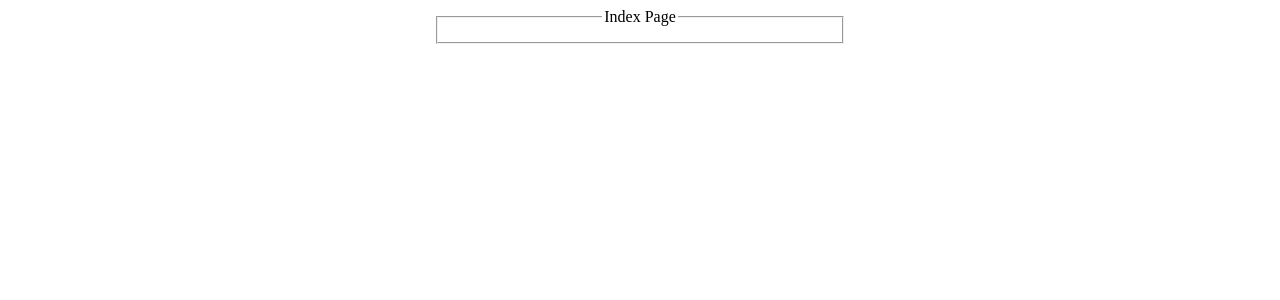
Repository: chloe-codes1/Django
Page: live/django_intro/pages/templates/index.html
The author's editor kept a record of every edit. The page is drawn from the files as they stood at one moment, then again after the next edit.
The browser window is 1280 px wide. The pictures show the whole page.

Above is the page before.

### live/django_intro/pages/templates/index.html
<!DOCTYPE html>
<html lang="en">
<head>
    <meta charset="UTF-8">
    <meta name="viewport" content="width=device-width, initial-scale=1.0">
    <meta http-equiv="X-UA-Compatible" content="ie=edge">
    <title>Index</title>
    <style>
        fieldset {
            margin: 0 auto;
            text-align: center;
            width: 30%;
        }
    </style>
</head>
<body>
    <fieldset>
        <legend>Index Page</legend>
    </field>
</body>
</html>

After the next edit:
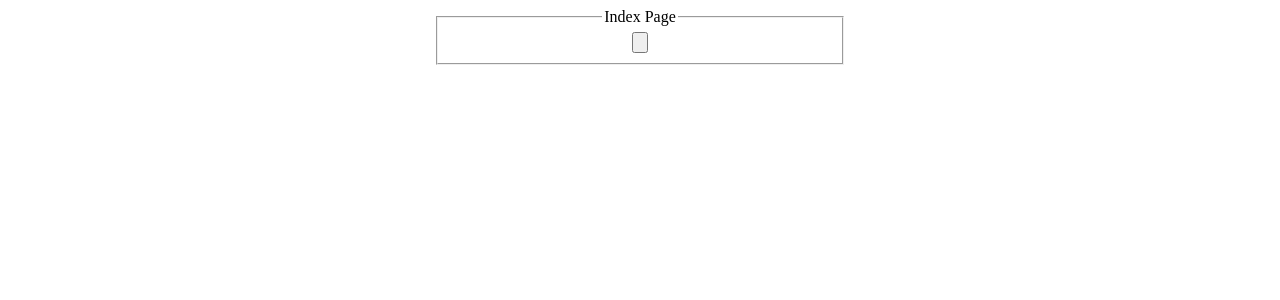
The edit:
--- a/live/django_intro/pages/templates/index.html
+++ b/live/django_intro/pages/templates/index.html
@@ -16,6 +16,7 @@
 <body>
     <fieldset>
         <legend>Index Page</legend>
+        <input type="button">
     </field>
 </body>
 </html>
